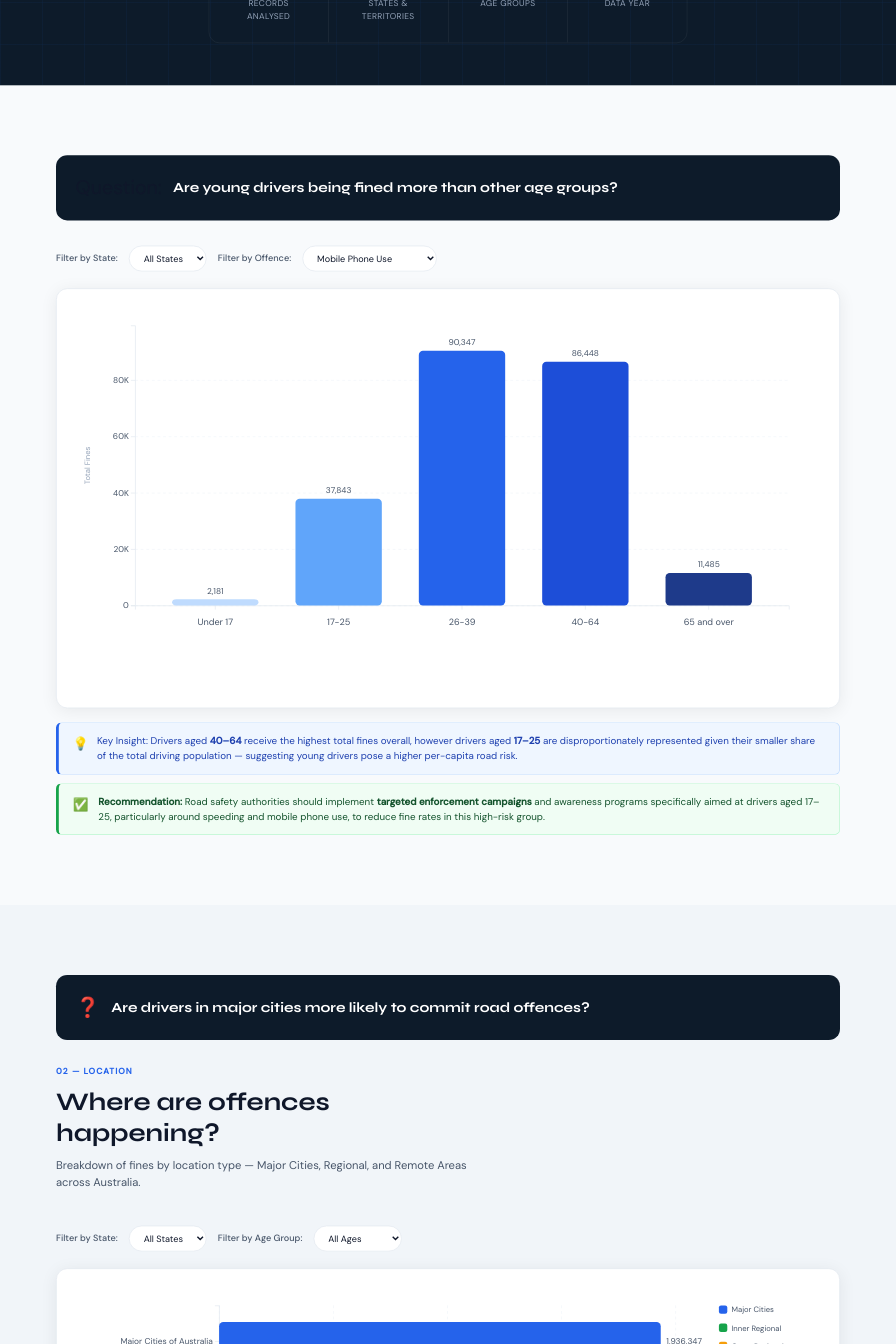
Repository: j26046183-hue/COS30045-GROUP-ASSIGNMENT
Page: index.html
The author's editor kept a copy of each file at every save. The page is drawn from the files as they stood at one save, then again after the next save.
The browser window is 1280 px wide. The pictures show the part of the page from y = 777 to 2697 px (the page is 6489 px tall before and 6470 px after), at 70% of full size.

Above is the page before, as saved 2026-06-04 21:29:02.

After the next save:
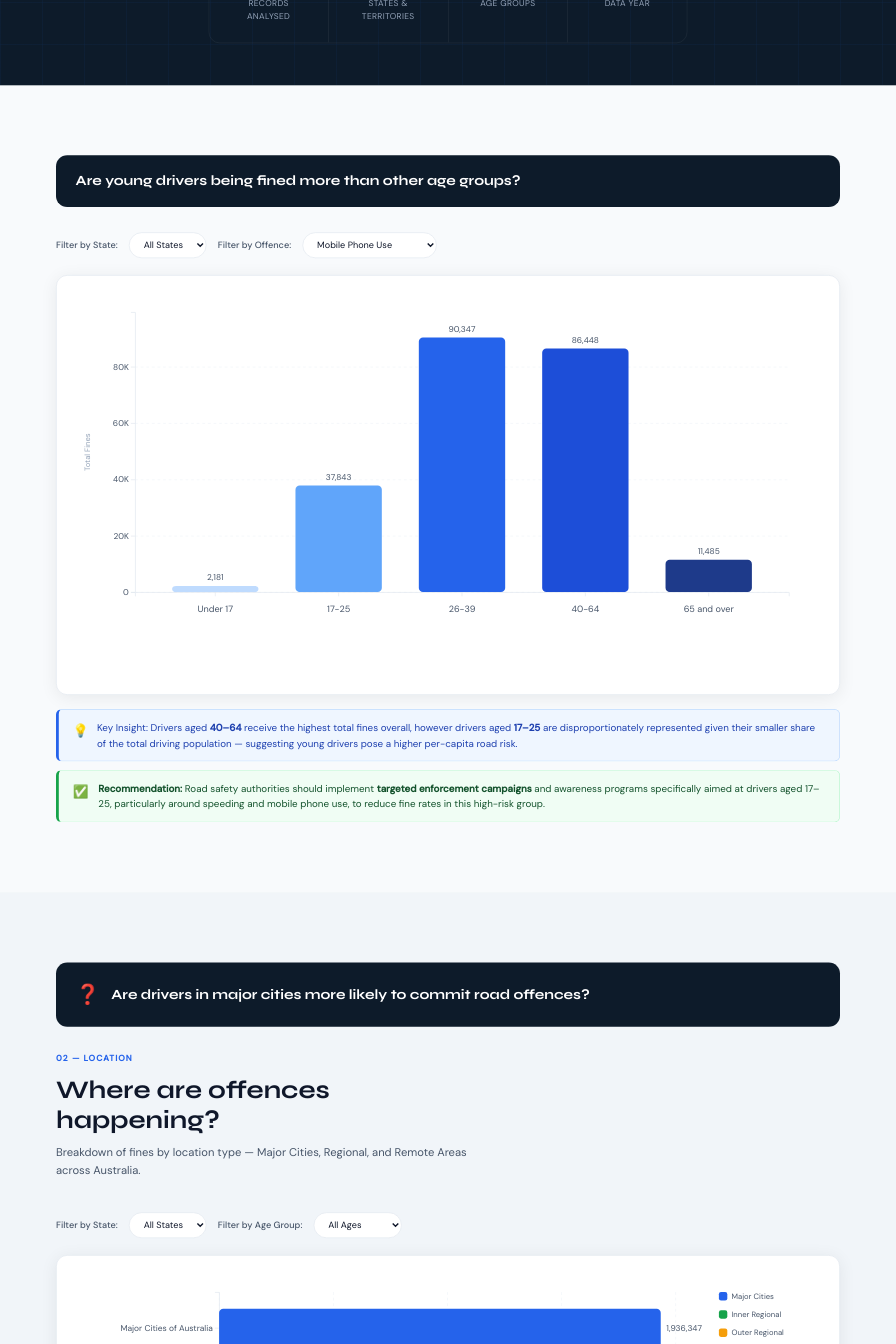
Saved 6 min 28 s later.
--- a/index.html
+++ b/index.html
@@ -59,7 +59,6 @@
 
         <!-- Story Question -->
         <div class="story-question">
-            <span class="question-icon">Question: </span>
             <h3>Are young drivers being fined more than other age groups?</h3>
         </div>
 
